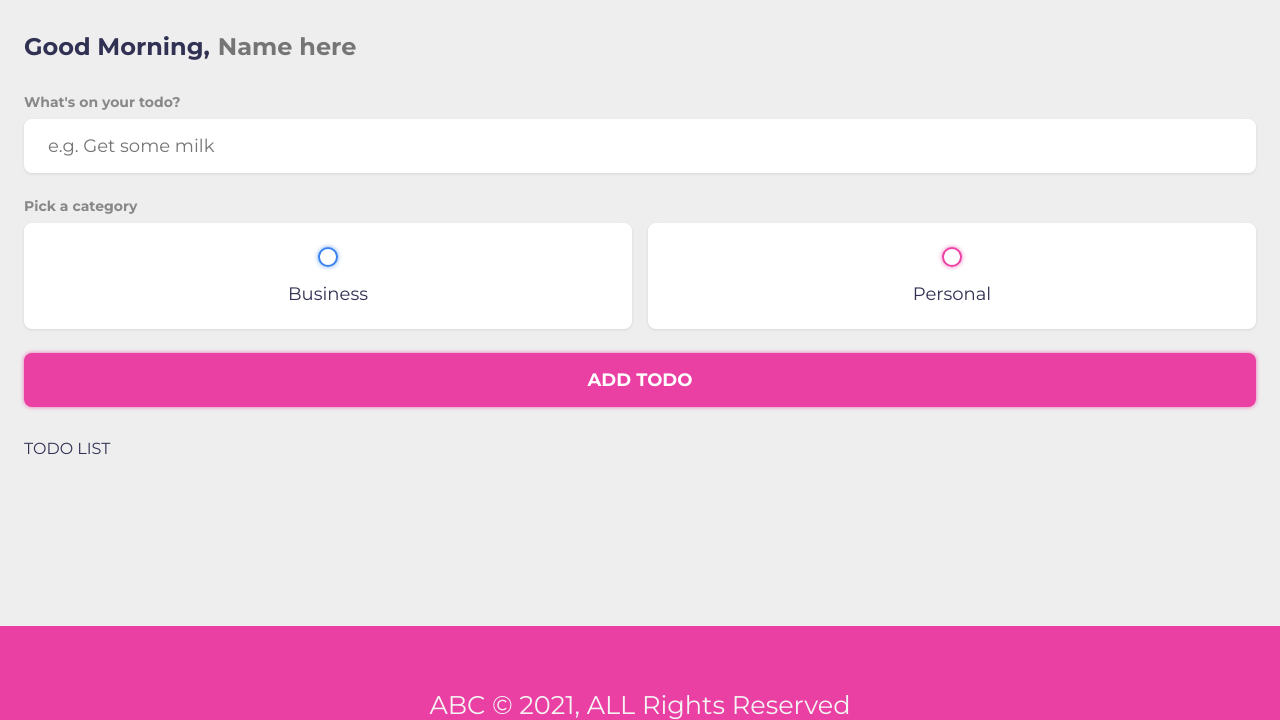
Repository: kluivert-ssali/kaDo_final
Page: index.html
These files come from the project's save history. The page is drawn as it stood at one moment and after the next save; the edit follows.
The browser window is 1280 px wide. The pictures show the whole page.
Some web libraries are served in a nearby version.

Above is the page before, as saved 2023-06-11 21:18:56.

### index.html
<!DOCTYPE html>
<html lang="en">
  <head>
    <meta charset="UTF-8" />
    <meta http-equiv="X-UA-Compatible" content="IE=edge" />
    <meta name="viewport" content="width=device-width, initial-scale=1.0" />
    <title>KaDo</title>
    <!-- CSS Import -->
    <link rel="stylesheet" href="main.css" />
    <!-- End of CSS Import -->
    <!-- Fonts -->
    <link rel="preconnect" href="https://fonts.googleapis.com" />
    <link rel="preconnect" href="https://fonts.gstatic.com" crossorigin />
    <link
      href="https://fonts.googleapis.com/css2?family=Fira+Sans:ital,wght@0,400;0,700;0,900;1,400&family=Montserrat:ital,wght@0,400;0,700;0,900;1,400&display=swap"
      rel="stylesheet"
    />
    <!-- End of Fonts -->
  </head>
  <body>
    <script src="https://ajax.googleapis.com/ajax/libs/jquery/2.1.1/jquery.min.js"></script>
    <!-- App Wrapper -->
    <main class="app">
      <!-- Greeting -->
      <h class="day-message"></h>
      <section class="greeting">
        <h2 class="title">
          <span class="day-message"></span>,<input
            type="text"
            id="name"
            placeholder="Name here"
          />
        </h2>
      </section>
      <!-- End of Greeting -->

      <!-- New Todo -->
      <section class="create-todo">
        <form id="new-todo-form">
          <h4>What's on your todo?</h4>
          <input
            type="text"
            placeholder="e.g. Get some milk"
            name="content"
            id="content"
          />

          <h4>Pick a category</h4>
          <div class="options">
            <label>
              <input
                type="radio"
                name="category"
                id="category1"
                value="business"
              />
              <span class="bubble business"></span>
              <div>Business</div>
            </label>
            <label>
              <input
                type="radio"
                name="category"
                id="category2"
                value="personal"
              />
              <span class="bubble personal"></span>
              <div>Personal</div>
            </label>
          </div>

          <input type="submit" value="Add todo" />
        </form>
      </section>
      <!-- End of New Todo -->

      <!-- Todo List -->
      <section class="todo-list">
        <h3>TODO LIST</h3>
        <div class="list" id="todo-list"></div>
      </section>
      <!-- End of Todo List -->
    </main>
    <!-- End of App Wrapper -->

    <!-- JS Import -->
    <script src="main.js"></script>
    <!-- End of JS Import -->
    <footer class="footer">
      <div class="icons">
        <a href="#"><i class="fab fa-facebook"></i></a>
        <a href="#"><i class="fab fa-linkedin"></i></a>
        <a href="#"><i class="fab fa-instagram"></i></a>
        <a href="#"><i class="fab fa-twitter"></i></a>
        <p class="company-name">ABC &copy; 2021, ALL Rights Reserved</p>
      </div>
    </footer>
  </body>
</html>

### main.css
/* Variables */
:root {
	--primary: #EA40A4;
	--business: #3a82ee;
	--personal: var(--primary);
	--light: #EEE;
	--grey: #888;
	--dark: #313154;
	--danger: #ff5b57;

	--shadow: 0 1px 3px rgba(0, 0, 0, 0.1);

	--business-glow: 0px 0px 4px rgba(58, 130, 238, 0.75);
	--personal-glow: 0px 0px 4px rgba(234, 64, 164, 0.75);
}
/* End of Variables */

/* Resets */
* {
	margin: 0;
	padding: 0;
	box-sizing: border-box;
	font-family: 'montserrat', sans-serif;
}

input:not([type="radio"]):not([type="checkbox"]), button {
	appearance: none;
	border: none;
	outline: none;
	background: none;
	cursor: initial;
}
/* End of Resets */

body {
	background: var(--light);
	color: var(--dark);
}

section {
	margin-top: 2rem;
	margin-bottom: 2rem;
	padding-left: 1.5rem;
	padding-right: 1.5rem;
}

h3 {
	color: var(--dark);
	font-size: 1rem;
	font-weight: 400;
	margin-bottom: 0.5rem;
}

h4 {
	color: var(--grey);
	font-size: 0.875rem;
	font-weight: 700;
	margin-bottom: 0.5rem;
}

.greeting .title {
	display: flex;
}

.greeting .title input {
	margin-left: 0.5rem;
	flex: 1 1 0%;
	min-width: 0;
}

.greeting .title,
.greeting .title input {
	color: var(--dark);
	font-size: 1.5rem;
	font-weight: 700;
}

.create-todo input[type="text"] {
	display: block;
	width: 100%;
	font-size: 1.125rem;
	padding: 1rem 1.5rem;
	color: var(--dark);
	background-color: #FFF;
	border-radius: 0.5rem;
	box-shadow: var(--shadow);
	margin-bottom: 1.5rem;
}

.create-todo .options {
	display: grid;
	grid-template-columns: repeat(2, 1fr);
	grid-gap: 1rem;
	margin-bottom: 1.5rem;
}

.create-todo .options label {
	display: flex;
	flex-direction: column;
	align-items: center;
	justify-content: center;
	background-color: #FFF;
	padding: 1.5rem;
	box-shadow: var(--shadow);
	border-radius: 0.5rem;
	cursor: pointer;
}

input[type="radio"],
input[type="checkbox"] {
	display: none;
}

.bubble {
	display: flex;
	align-items: center;
	justify-content: center;
	width: 20px;
	height: 20px;
	border-radius: 999px;
	border: 2px solid var(--business);
	box-shadow: var(--business-glow);
}

.bubble.personal {
	border-color: var(--personal);
	box-shadow: var(--personal-glow);
}

.bubble::after {
	content: '';
	display: block;
	opacity: 0;
	width: 0px;
	height: 0px;
	background-color: var(--business);
	box-shadow: var(--business-glow);
	border-radius: 999px;
	transition: 0.2s ease-in-out;
}

.bubble.personal::after {
	background-color: var(--personal);
	box-shadow: var(--personal-glow);
}

input:checked ~ .bubble::after {
	width: 10px;
	height: 10px;
	opacity: 1;
}

.create-todo .options label div {
	color: var(--dark);
	font-size: 1.125rem;
	margin-top: 1rem;
}

.create-todo input[type="submit"] {
	display: block;
	width: 100%;
	font-size: 1.125rem;
	padding: 1rem 1.5rem;
	color: #FFF;
	font-weight: 700;
	text-transform: uppercase;
	background-color: var(--primary);
	box-shadow: var(--personal-glow);
	border-radius: 0.5rem;
	cursor: pointer;
	transition: 0.2s ease-out;
}

.create-todo input[type="submit"]:hover {
	opacity: 0.75;
}

.todo-list .list {
	margin: 1rem 0;
}

.todo-list .todo-item {
	display: flex;
	align-items: center;
	background-color: #FFF;
	padding: 1rem;
	border-radius: 0.5rem;
	box-shadow: var(--shadow);
	margin-bottom: 1rem;
}

.todo-item label {
	display: block;
	margin-right: 1rem;
	cursor: pointer;
}

.todo-item .todo-content {
	flex: 1 1 0%;
}

.todo-item .todo-content input {
	color: var(--dark);
	font-size: 1.125rem;
}

.todo-item .actions {
	display: flex;
	align-items: center;
}

.todo-item .actions button {
	display: block;
	padding: 0.5rem;
	border-radius: 0.25rem;
	color: #FFF;
	cursor: pointer;
	transition: 0.2s ease-in-out;
}

.todo-item .actions button:hover {
	opacity: 0.75;
}

.todo-item .actions .edit {
	margin-right: 0.5rem;
	background-color: var(--primary);
}

.todo-item .actions .delete {
	background-color: var(--danger);
}

.todo-item.done .todo-content input {
	text-decoration: line-through;
	color: var(--grey);
}
/* footer */
.footer{
    position: fixed;
    bottom: 0;
    left: 0;
    width: 100%;
    background: #EA40A4;
    text-align: center;
    color: #f4f4f4;
}

.icons{
    padding-top: 1rem;
}

.icons a{
    text-decoration: none;
    font-size: 2rem;
    margin: 0.5rem;
    color: #f4f4f4;
}

.company-name{
    font-size: 1.6rem;
    margin-top: 0.5rem;
}

@media (max-width: 500px){
    html{
        font-size: 50%;
    }
}

@media(min-width: 501px) and (max-width: 768px){
    html{
    font-size: 50%;
    }
}

### main.js
// good morning function
$(document).ready(function() {
	function dateTime() {
	  var ndate = new Date();
	  var hours = ndate.getHours();
	  var message = hours < 12 ? 'Good Morning' : hours < 18 ? 'Good Afternoon' : 'Good Evening';
	  $("span.day-message").text(message);

	  $('.date').html(hours.leadingZeroes(2) + ":" + ndate.getMinutes().leadingZeroes(2) + ":" + ndate.getSeconds().leadingZeroes(2) + (hours < 12 ? 'AM' : 'PM'));
	}

	setInterval(dateTime, 1000);
  });

  Number.prototype.leadingZeroes = function(len) {
	return (new Array(len).fill('0', 0).join('') + this).slice(-Math.abs(len));
  }
//   End of good morning furn



window.addEventListener('load', () => {
	todos = JSON.parse(localStorage.getItem('todos')) || [];
	const nameInput = document.querySelector('#name');
	const newTodoForm = document.querySelector('#new-todo-form');

	const username = localStorage.getItem('username') || '';

	nameInput.value = username;

	nameInput.addEventListener('change', (e) => {
		localStorage.setItem('username', e.target.value);
	})

	newTodoForm.addEventListener('submit', e => {
		e.preventDefault();

		const todo = {
			content: e.target.elements.content.value,
			category: e.target.elements.category.value,
			done: false,
			createdAt: new Date().getTime()
		}

		todos.push(todo);

		localStorage.setItem('todos', JSON.stringify(todos));

		// Reset the form
		e.target.reset();

		DisplayTodos()
	})

	DisplayTodos()
})

function DisplayTodos () {
	const todoList = document.querySelector('#todo-list');
	todoList.innerHTML = "";

	todos.forEach(todo => {
		const todoItem = document.createElement('div');
		todoItem.classList.add('todo-item');

		const label = document.createElement('label');
		const input = document.createElement('input');
		const span = document.createElement('span');
		const content = document.createElement('div');
		const actions = document.createElement('div');
		const edit = document.createElement('button');
		const deleteButton = document.createElement('button');

		input.type = 'checkbox';
		input.checked = todo.done;
		span.classList.add('bubble');
		if (todo.category == 'personal') {
			span.classList.add('personal');
		} else {
			span.classList.add('business');
		}
		content.classList.add('todo-content');
		actions.classList.add('actions');
		edit.classList.add('edit');
		deleteButton.classList.add('delete');

		content.innerHTML = `<input type="text" value="${todo.content}" readonly>`;
		edit.innerHTML = 'Edit';
		deleteButton.innerHTML = 'Delete';

		label.appendChild(input);
		label.appendChild(span);
		actions.appendChild(edit);
		actions.appendChild(deleteButton);
		todoItem.appendChild(label);
		todoItem.appendChild(content);
		todoItem.appendChild(actions);

		todoList.appendChild(todoItem);

		if (todo.done) {
			todoItem.classList.add('done');
		}

		input.addEventListener('change', (e) => {
			todo.done = e.target.checked;
			localStorage.setItem('todos', JSON.stringify(todos));

			if (todo.done) {
				todoItem.classList.add('done');
			} else {
				todoItem.classList.remove('done');
			}

			DisplayTodos()

		})

		edit.addEventListener('click', (e) => {
			const input = content.querySelector('input');
			input.removeAttribute('readonly');
			input.focus();
			input.addEventListener('blur', (e) => {
				input.setAttribute('readonly', true);
				todo.content = e.target.value;
				localStorage.setItem('todos', JSON.stringify(todos));
				DisplayTodos()

			})
		})

		deleteButton.addEventListener('click', (e) => {
			todos = todos.filter(t => t != todo);
			localStorage.setItem('todos', JSON.stringify(todos));
			DisplayTodos()
		})

	})
}

After the next save:
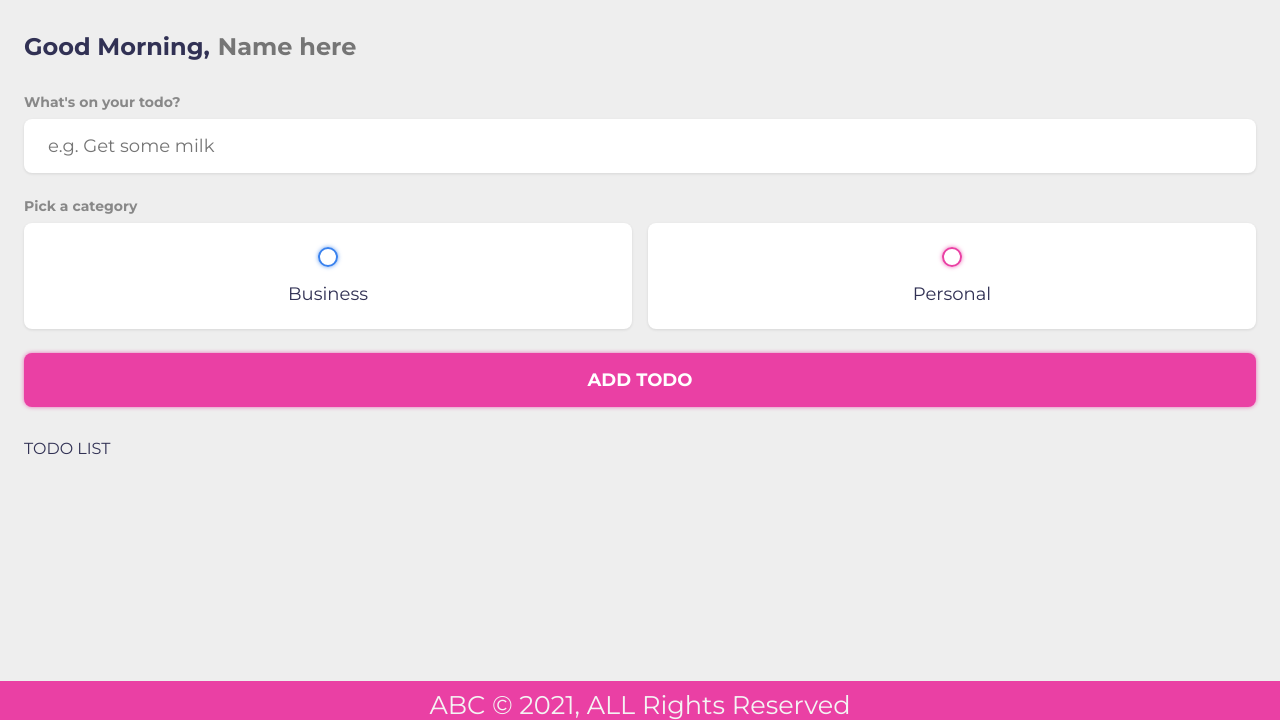
Saved 115 s later.
--- a/index.html
+++ b/index.html
@@ -87,13 +87,7 @@
     <script src="main.js"></script>
     <!-- End of JS Import -->
     <footer class="footer">
-      <div class="icons">
-        <a href="#"><i class="fab fa-facebook"></i></a>
-        <a href="#"><i class="fab fa-linkedin"></i></a>
-        <a href="#"><i class="fab fa-instagram"></i></a>
-        <a href="#"><i class="fab fa-twitter"></i></a>
-        <p class="company-name">ABC &copy; 2021, ALL Rights Reserved</p>
-      </div>
+      <p class="company-name">ABC &copy; 2021, ALL Rights Reserved</p>
     </footer>
   </body>
 </html>
